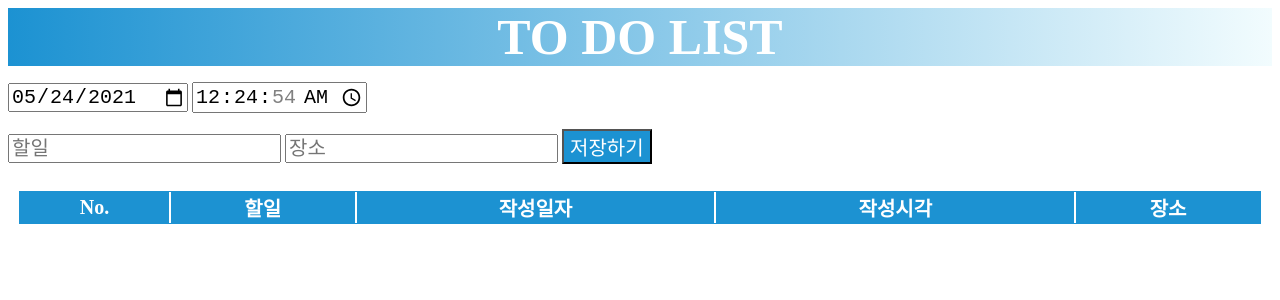
Repository: kimyoungjin98/Exam_Project
Page: http://localhost/Server_PR_TodoList/
These files come from the project's save history. The page is drawn as it stood at one moment and after the next save; the edit follows.
The browser window is 1280 px wide. The pictures show the whole page.
The page is served by Tomcat 9. Other server files are loaded and not shown. Queries for data that is not in the repository find no rows.

Above is the page before, as saved 2021-05-24 07:38:41.

### Server_PR_TodoList/src/main/webapp/WEB-INF/views/home.jsp
<%@ page language="java" contentType="text/html; charset=UTF-8"
    pageEncoding="UTF-8"%>
<%@ taglib uri="http://java.sun.com/jsp/jstl/core" prefix="c"%>
<c:set value="${pageContext.request.contextPath}" var="rootPath" />
<!DOCTYPE html>
<html>

<head>
<meta charset="UTF-8">
<title>어서오세요</title>
</head>
<script>
document.addEventListener("DOMContentLoaded",function(ev){

	document.querySelector("table")
	.addEventListener("click", function(ev){

		let tag = ev.target.tagName

		if(tag == "TD"){

			let seq = ev.target.closest("TR").dataset.seq

			document.location.href="${rootPath}/todo/view?td_seq=" + seq

		}

	})

})


</script>
<style>


@import url('https://fonts.googleapis.com/css2?family=Noto+Sans+KR&display=swap');
.jm-font {
		font-family: 'Noto Sans KR', sans-serif;
	}


table {
	width:100%;
	text-align: center;
	margin:3px auto;
	font-size:20px;
	padding:10px;

}

table td{
	cursor:pointer;
	padding:5-%;


}

table tr:hover{
	background-color: #1c92d2;
}

table tr{
	border:1px solid #1c92d2;
	outline:1px solid #1c92d2;
}

table th{
	background-color: #1c92d2;
	color:white;

}


</style>
<body>

	<%@ include file="/WEB-INF/views/banner.jsp" %>
	<p>
	<%@ include file="/WEB-INF/views/write.jsp" %>
	<p>
		<table>
		<th>No.</th>
		<th>할일</th>
		<th>작성일자</th>
		<th>작성시각</th>
		<th>장소</th>

		<c:forEach items="${TDLIST}" var="TD" varStatus="index">
			<tr data-seq="${TD.td_seq}">
				<td>${index.count}</td>
				<td>${TD.td_content}</td>
				<td>${TD.td_date}</td>
				<td>${TD.td_time}</td>
				<td>${TD.td_place}</td>
			</tr>

		</c:forEach>

	</table>

</body>
</html>

### Server_PR_TodoList/src/main/webapp/WEB-INF/views/banner.jsp
<%@ page language="java" contentType="text/html; charset=UTF-8"
    pageEncoding="UTF-8"%>
<%@ taglib uri="http://java.sun.com/jsp/jstl/core" prefix="c"%>
<c:set value="${pageContext.request.contextPath}" var="rootPath" />
<!DOCTYPE html>
<html>
<head>
<meta charset="UTF-8">
<title>Insert title here</title>
</head>
<style>
@import url('https://fonts.googleapis.com/css2?family=Noto+Sans+KR&display=swap');
.jm-font {
		font-family: 'Noto Sans KR', sans-serif;
	}
h1 {
	margin:auto;
	text-align: center;
	font-size:50px;
	background:linear-gradient(to right, #1c92d2, #f2fcfe);
	color:white;
}


</style>
<body>
	<h1>TO DO LIST</h1>
</body>
</html>

### Server_PR_TodoList/src/main/webapp/WEB-INF/views/write.jsp
<%@ page language="java" contentType="text/html; charset=UTF-8"
    pageEncoding="UTF-8"%>
<%@ taglib uri="http://java.sun.com/jsp/jstl/core" prefix="c"%>
<c:set value="${pageContext.request.contextPath}" var="rootPath" />
<!DOCTYPE html>
<html>
<head>
<meta charset="UTF-8">
<title>Insert title here</title>
</head>
<script type="text/javascript">
document.addEventListener("DOMContentLoaded", function(ev){
	document.querySelector("button")
	.addEventListener("click",function(ev){

		let name = ev.target.className

		let td_date = document.querySelector("input[name='td_date']")
		let td_time = document.querySelector("input[name='td_time']")
		let td_content = document.querySelector("input[name='td_content']")
		let td_place = document.querySelector("input[name='td_place']")

		if(td_content.value == ""){

			alert("할일을 입력하세요 !")

			return false;
			}

			document.querySelector("form").submit();

	})

})

</script>
<style>

@import url('https://fonts.googleapis.com/css2?family=Noto+Sans+KR&display=swap');
.jm-font {
		font-family: 'Noto Sans KR', sans-serif;
	}

	label{
		font-size:20px;
	}

	input{
		font-size:20px;
	}

	button{
		background-color: #1c92d2;
		color:white;
		font-size:20px;
		cursor:pointer;
	}


</style>
<body>



	<form method="POST" class="1">

	<input name="td_date" placeholder="작성일자" type="date" value="${TD.td_date}">
	<input name="td_time" placeholder="작성시각" type="time" value="${TD.td_time}"><p>
	<input name="td_content" placeholder="할일" value="${TD.td_content}"></input>
	<input name="td_place" placeholder="장소" value="${TD.td_place}">

		<button type="button">저장하기</button>
	</form>

</body>
</html>

### Server_PR_TodoList/src/main/java/com/callor/todo/controller/HomeController.java
package com.callor.todo.controller;

import java.io.IOException;
import java.text.SimpleDateFormat;
import java.util.Date;
import java.util.List;

import javax.servlet.ServletException;
import javax.servlet.annotation.WebServlet;
import javax.servlet.http.HttpServlet;
import javax.servlet.http.HttpServletRequest;
import javax.servlet.http.HttpServletResponse;

import com.callor.todo.model.TodoVO;
import com.callor.todo.service.TodoService;
import com.callor.todo.service.impl.TodoServiceImplV1;

@WebServlet("/")
public class HomeController extends HttpServlet{

	protected TodoService tdService;

	public HomeController() {

		tdService = new TodoServiceImplV1();

	}

	@Override
	protected void doGet(HttpServletRequest req, HttpServletResponse resp) throws ServletException, IOException {


		List<TodoVO> tdList = tdService.selectAll();

		req.setAttribute("TDLIST", tdList);

		SimpleDateFormat sDate = new SimpleDateFormat("yyyy-MM-dd");
		SimpleDateFormat sTime = new SimpleDateFormat("HH:mm:ss");
		Date date = new Date(System.currentTimeMillis());

		TodoVO tdVO = new TodoVO();

		tdVO.setTd_date(sDate.format(date));
		tdVO.setTd_time(sTime.format(date));

		req.setAttribute("TD", tdVO);

		ReqController.forward(resp, req, "home");

	}

	@Override
	protected void doPost(HttpServletRequest req, HttpServletResponse resp) throws ServletException, IOException {


		req.setCharacterEncoding("UTF-8");

		String td_date = req.getParameter("td_date");
		String td_content = req.getParameter("td_content");
		String td_time = req.getParameter("td_time");
		String td_place = req.getParameter("td_place");

		TodoVO tdVO = new TodoVO();

		tdVO.setTd_content(td_content);
		tdVO.setTd_date(td_date);
		tdVO.setTd_place(td_place);
		tdVO.setTd_time(td_time);

		tdService.insert(tdVO);

		System.out.println(tdVO.toString());

		resp.sendRedirect("/todo/");

	}

}

### Server_PR_TodoList/src/main/java/com/callor/todo/service/impl/TodoServiceImplV1.java
package com.callor.todo.service.impl;

import java.sql.Connection;
import java.sql.PreparedStatement;
import java.sql.ResultSet;
import java.sql.SQLException;
import java.util.ArrayList;
import java.util.List;

import com.callor.todo.config.DBConnect;
import com.callor.todo.model.TodoVO;
import com.callor.todo.service.TodoService;
import com.mysql.cj.x.protobuf.MysqlxPrepare.Prepare;

public class TodoServiceImplV1 implements TodoService {

	protected Connection dbConn;

	public TodoServiceImplV1() {

		dbConn = DBConnect.getDB();

	}

	protected List<TodoVO> select(PreparedStatement pStr) throws SQLException {

		List<TodoVO> tdList = new ArrayList<TodoVO>();
		ResultSet rSet = pStr.executeQuery();

		while (rSet.next()) {

			TodoVO tdVO = new TodoVO();

			tdVO.setTd_content(rSet.getString("td_content"));
			tdVO.setTd_date(rSet.getString("td_date"));
			tdVO.setTd_place(rSet.getString("td_place"));
			tdVO.setTd_time(rSet.getString("td_time"));
			tdVO.setTd_seq(rSet.getLong("td_seq"));
			tdList.add(tdVO);

		}

		return tdList;
	}

	@Override
	public List<TodoVO> selectAll() {
		// TODO Auto-generated method stub

		String sql = " SELECT * FROM tbl_todo ";

		PreparedStatement pStr = null;

		try {

			pStr = dbConn.prepareStatement(sql);
			List<TodoVO> tdList = this.select(pStr);


			return tdList;

		} catch (SQLException e) {
			// TODO Auto-generated catch block
			e.printStackTrace();
		}

		return null;
	}

	@Override
	public TodoVO findById(Long td_seq) {
		// TODO Auto-generated method stub

		String sql = " SELECT * FROM tbl_todo ";
		sql += " WHERE td_seq = ? ";

		PreparedStatement pStr = null;

		try {
			pStr = dbConn.prepareStatement(sql);
			pStr.setLong(1, td_seq);

			List<TodoVO> tdList = this.select(pStr);

			if(tdList != null && tdList.size() > 0) {

				return tdList.get(0);
			}

		} catch (SQLException e) {
			// TODO Auto-generated catch block
			e.printStackTrace();
		}

		return null;
	}

	@Override
	public Integer insert(TodoVO tdVO) {
		// TODO Auto-generated method stub

		String sql = " INSERT INTO tbl_todo ";
		sql += " (td_content, td_date, td_time, td_place) ";
		sql += " VALUES(?,?,?,?) ";

		PreparedStatement pStr = null;

		try {
			pStr = dbConn.prepareStatement(sql);
			pStr.setString(1, tdVO.getTd_content());
			pStr.setString(2, tdVO.getTd_date());
			pStr.setString(3, tdVO.getTd_time());
			pStr.setString(4, tdVO.getTd_place());

			return pStr.executeUpdate();



		} catch (SQLException e) {
			// TODO Auto-generated catch block
			e.printStackTrace();
		}

		return null;
	}

	@Override
	public Integer update(TodoVO tdVO) {
		// TODO Auto-generated method stub

		String sql = " UPDATE tbl_todo SET ";
		sql += " td_content = ?, ";
		sql += " td_date = ?, ";
		sql += " td_time = ?, ";
		sql += " td_place = ? ";
		sql += " WHERE td_seq = ? ";

		PreparedStatement pStr = null;

		try {
			pStr = dbConn.prepareStatement(sql);
			pStr.setString(1, tdVO.getTd_content());
			pStr.setString(2, tdVO.getTd_date());
			pStr.setString(3, tdVO.getTd_time());
			pStr.setString(4, tdVO.getTd_place());
			pStr.setLong(5, tdVO.getTd_seq());


			return pStr.executeUpdate();


		} catch (SQLException e) {
			// TODO Auto-generated catch block
			e.printStackTrace();
		}

		return null;
	}

	@Override
	public Integer delete(Long td_seq) {
		// TODO Auto-generated method stub

		String sql = " DELETE FROM tbl_todo ";
		sql += " WHERE td_seq = ? ";

		PreparedStatement pStr = null;

		try {
			pStr = dbConn.prepareStatement(sql);
			pStr.setLong(1, td_seq);

			return pStr.executeUpdate();
		} catch (SQLException e) {
			// TODO Auto-generated catch block
			e.printStackTrace();
		}



		return null;
	}

}

### Server_PR_TodoList/src/main/java/com/callor/todo/config/DBConnect.java
package com.callor.todo.config;

import java.sql.Connection;
import java.sql.DriverManager;
import java.sql.SQLException;

public class DBConnect {

	private static Connection dbConn;

	static {

		String driver = "com.mysql.cj.jdbc.Driver";
		String url = "jdbc:mysql://localhost:3306/todo";
		String user = "todoList";
		String pw = "1234";

		try {
			Class.forName(driver);

			if (dbConn == null) {
				dbConn = DriverManager.getConnection(url, user, pw);
			}

			System.out.println("DB 접속 성공");

		} catch (ClassNotFoundException e) {
			// TODO Auto-generated catch block
			e.printStackTrace();
		} catch (SQLException e) {
			// TODO Auto-generated catch block
			e.printStackTrace();
		}

	}

	public static Connection getDB() {

		return dbConn;
	}

}

### Server_PR_TodoList/src/main/java/com/callor/todo/model/TodoVO.java
package com.callor.todo.model;

import lombok.AllArgsConstructor;
import lombok.Getter;
import lombok.NoArgsConstructor;
import lombok.Setter;
import lombok.ToString;

@Getter
@Setter
@ToString
@AllArgsConstructor
@NoArgsConstructor
public class TodoVO {

	private Long td_seq;
	private String td_place;
	private String td_date;
	private String td_time;
	private String td_content;

}

### Server_PR_TodoList/src/main/java/com/callor/todo/controller/ReqController.java
package com.callor.todo.controller;

import java.io.IOException;

import javax.servlet.ServletException;
import javax.servlet.http.HttpServlet;
import javax.servlet.http.HttpServletRequest;
import javax.servlet.http.HttpServletResponse;

public class ReqController extends HttpServlet{

	public static void forward(HttpServletResponse res, HttpServletRequest req, String file) throws ServletException, IOException {

		String root = "/WEB-INF/views/" + file + ".jsp";

		req.getRequestDispatcher(root).forward(req, res);

	}

}

After the next save:
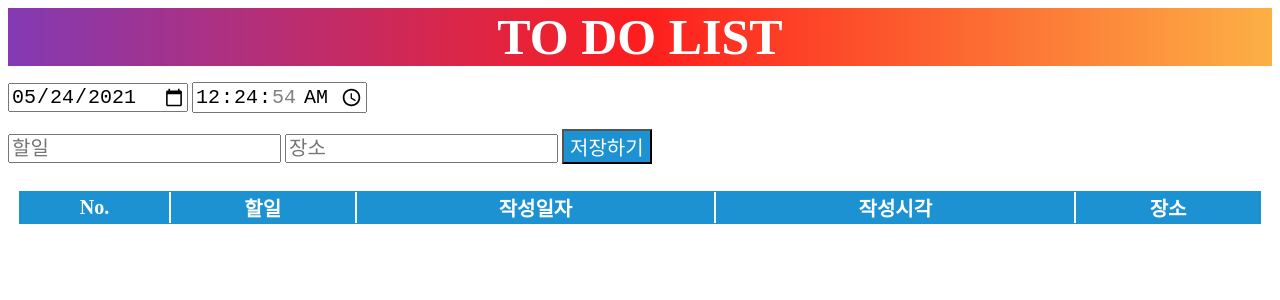
Saved 16 h 42 min later.
--- a/Server_PR_TodoList/src/main/webapp/WEB-INF/views/banner.jsp
+++ b/Server_PR_TodoList/src/main/webapp/WEB-INF/views/banner.jsp
@@ -17,7 +17,7 @@ h1 {
 	margin:auto;
 	text-align: center;
 	font-size:50px;
-	background:linear-gradient(to right, #1c92d2, #f2fcfe);
+	background:linear-gradient(to right, #833ab4, #fd1d1d, #fcb045);
 	color:white;
 }
 
